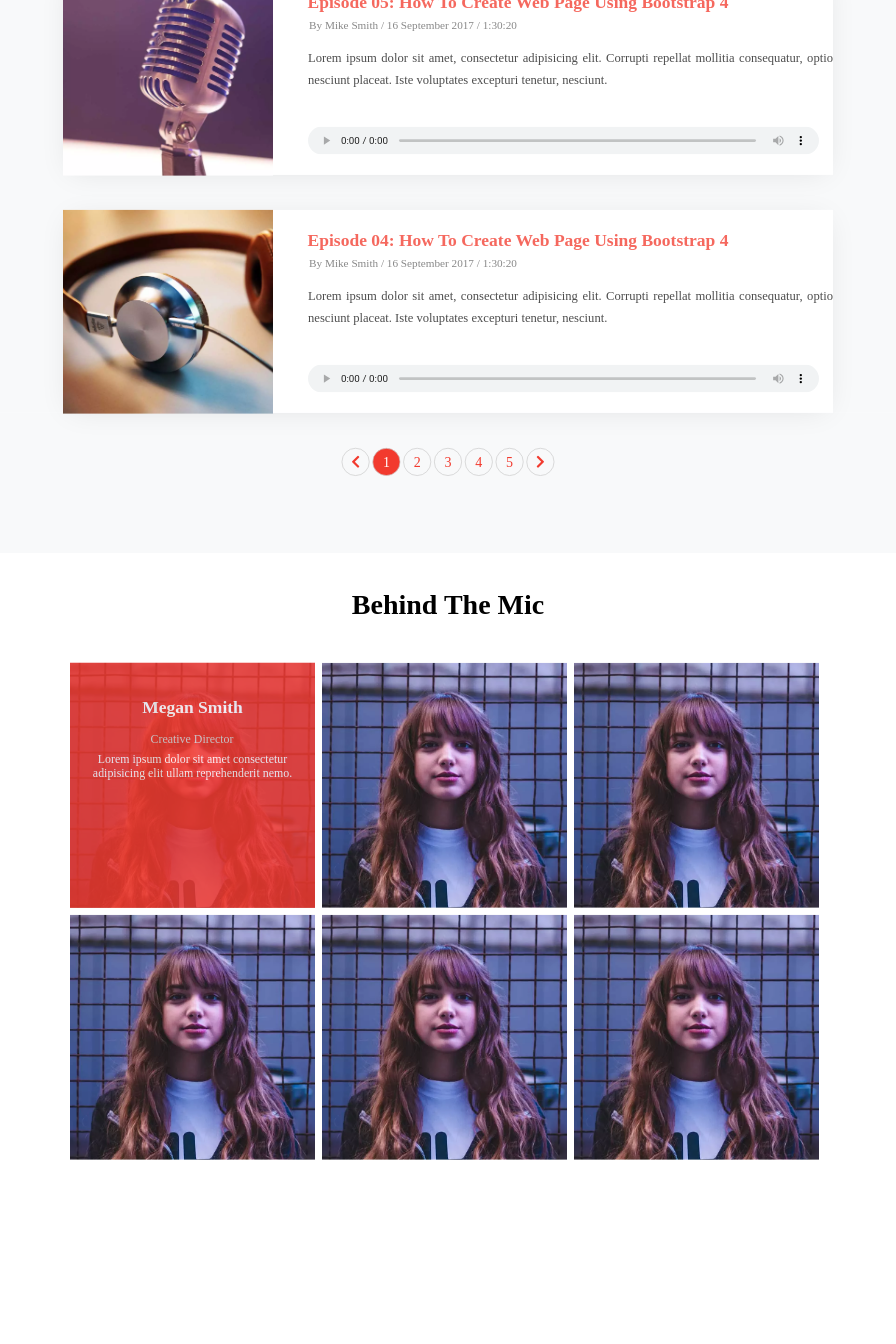
Repository: nhutduy0803/template2
Page: index.html
An editor plug-in stored every save of this project. The page is shown before and after the next save, followed by the edit.
The browser window is 1280 px wide. The pictures show the part of the page from y = 2077 to 3997 px (the page is 3997 px tall), at 70% of full size.

Above is the page before, as saved 2021-12-09 14:45:39.

### index.html
<!DOCTYPE html>
<html lang="en">
  <head>
    <meta charset="UTF-8" />
    <meta http-equiv="X-UA-Compatible" content="IE=edge" />
    <meta name="viewport" content="width=device-width, initial-scale=1.0" />
    <link rel="stylesheet" href="./assets/css/style.css" />
    <link
      rel="stylesheet"
      href="./assets/css/font/fontawesome-free-5.15.4-web/css/all.min.css"
    />
    <title>Document</title>
  </head>
  <body>
    <script src="./main.js"></script>
    <div class="slider">
      <h2>Podca</h2>
      <img
        src="./assets/css/img/xhero_bg_1.jpg.pagespeed.ic.EJCcE-mhd6.webp"
        alt=""
      />
      <h3>Episode 09: How To Create Web Page Using Bootstrap 4</h3>
      <span>By Mike Smith | 16 September 2017 | 1:30:20</span>
      <div class="subslider">READ THE TRANSCRIPT</div>
      <div class="menu" onclick="openmenu()">
        <i class="fas fa-bars"></i>
      </div>
      <div class="sub-menu">
        <i class="fas fa-times" onclick="closemenu()"></i>
        <div class="home-menu">
          <p>Home</p>
          <i onclick="subhome()" class="fas fa-caret-down"></i>

          <div class="sub-home">
            <li>Menu One</li>
            <li>Menu Two</li>
            <li>Menu Three</li>
            <li>Sub Menu</li>
          </div>
          <div class="drop-down">
            <p>DropDown</p>
            <i onclick="subdropdown() " class="fas fa-caret-down"></i>
            <div class="sub-dropdown">
              <li>Menu One</li>
              <li>Menu two</li>
              <li>Menu three</li>
            </div>
          </div>

          <p>About</p>
          <p>Contact</p>
        </div>
      </div>
    </div>
    <div class="audio">
      <audio class="audio-one" controls>
        <source src="" type="audio/ogg" />
        <source src="" type="audio/mpeg" />
      </audio>
    </div>
    <div class="RecentPodcasts">
      <h2>Recent Podcasts</h2>
      <div class="container">
        <div class="img-pod">
          <img src="./assets/css/img/pod1.webp" alt="" />
        </div>
        <div class="content-pod">
          <h3>Episode 08: How To Create Web Page Using Bootstrap 4</h3>
          <span>By Mike Smith / 16 September 2017 / 1:30:20</span>
          <p>
            Lorem ipsum dolor sit amet, consectetur adipisicing elit. Corrupti
            repellat mollitia consequatur, optio nesciunt placeat. Iste
            voluptates excepturi tenetur, nesciunt.
          </p>
          <audio class="audiopod" controls>
            <source src="" type="audio/mpeg" />
          </audio>
        </div>
      </div>
      <div class="container">
        <div class="img-pod">
          <img src="./assets/css/img/pod2.webp" alt="" />
        </div>
        <div class="content-pod">
          <h3>Episode 07: How To Create Web Page Using Bootstrap 4</h3>
          <span>By Mike Smith / 16 September 2017 / 1:30:20</span>
          <p>
            Lorem ipsum dolor sit amet, consectetur adipisicing elit. Corrupti
            repellat mollitia consequatur, optio nesciunt placeat. Iste
            voluptates excepturi tenetur, nesciunt.
          </p>
          <audio class="audiopod" controls>
            <source src="" type="audio/mpeg" />
          </audio>
        </div>
      </div>
      <div class="container">
        <div class="img-pod">
          <img src="./assets/css/img/pod3.webp" alt="" />
        </div>
        <div class="content-pod">
          <h3>Episode 06: How To Create Web Page Using Bootstrap 4</h3>
          <span>By Mike Smith / 16 September 2017 / 1:30:20</span>
          <p>
            Lorem ipsum dolor sit amet, consectetur adipisicing elit. Corrupti
            repellat mollitia consequatur, optio nesciunt placeat. Iste
            voluptates excepturi tenetur, nesciunt.
          </p>
          <audio class="audiopod" controls>
            <source src="" type="audio/mpeg" />
          </audio>
        </div>
      </div>
      <div class="container">
        <div class="img-pod">
          <img src="./assets/css/img/pod4.webp" alt="" />
        </div>
        <div class="content-pod">
          <h3>Episode 05: How To Create Web Page Using Bootstrap 4</h3>
          <span>By Mike Smith / 16 September 2017 / 1:30:20</span>
          <p>
            Lorem ipsum dolor sit amet, consectetur adipisicing elit. Corrupti
            repellat mollitia consequatur, optio nesciunt placeat. Iste
            voluptates excepturi tenetur, nesciunt.
          </p>
          <audio class="audiopod" controls>
            <source src="" type="audio/mpeg" />
          </audio>
        </div>
      </div>
      <div class="container">
        <div class="img-pod">
          <img src="./assets/css/img/pod5.webp" alt="" />
        </div>
        <div class="content-pod">
          <h3>Episode 04: How To Create Web Page Using Bootstrap 4</h3>
          <span>By Mike Smith / 16 September 2017 / 1:30:20</span>
          <p>
            Lorem ipsum dolor sit amet, consectetur adipisicing elit. Corrupti
            repellat mollitia consequatur, optio nesciunt placeat. Iste
            voluptates excepturi tenetur, nesciunt.
          </p>
          <audio class="audiopod" controls>
            <source src="" type="audio/mpeg" />
          </audio>
        </div>
      </div>
    </div>
    <div class="list-pod">
      <li><i class="fas fa-chevron-left"></i></li>
      <li>1</li>
      <li>2</li>
      <li>3</li>
      <li>4</li>
      <li>5</li>
      <li><i class="fas fa-chevron-right"></i></li>
    </div>
    <div class="BehindTheMic">
      <h2>Behind The Mic</h2>
      <div class="container-behind">
        <div class="picture-behind">
          <img src="./assets/css/img/behind1.webp" alt="" />
        </div>
        <div class="content-behind">
          <h2>Megan Smith</h2>
          <span>Creative Director</span>
          <p>
            Lorem ipsum dolor sit amet consectetur adipisicing elit ullam
            reprehenderit nemo.
          </p>
          <div class="icon-behind"></div>
        </div>

        <div class="picture-behind">
          <img src="./assets/css/img/behind1.webp" alt="" />
        </div>
        <div class="content-behind">
          <h2>Megan Smith</h2>
          <span>Creative Director</span>
          <p>
            Lorem ipsum dolor sit amet consectetur adipisicing elit ullam
            reprehenderit nemo.
          </p>
          <div class="icon-behind"></div>
        </div>
        <div class="picture-behind">
          <img src="./assets/css/img/behind1.webp" alt="" />
        </div>
        <div class="picture-behind">
          <img src="./assets/css/img/behind1.webp" alt="" />
        </div>
        <div class="picture-behind">
          <img src="./assets/css/img/behind1.webp" alt="" />
        </div>
        <div class="picture-behind">
          <img src="./assets/css/img/behind1.webp" alt="" />
        </div>
      </div>
      <!-- <div class="container-behind">
        <div class="picture-behind">
          <img src="./assets/css/img/behind1.webp" alt="" />
        </div>
      </div>
      <div class="container-behind">
        <div class="picture-behind">
          <img src="./assets/css/img/behind1.webp" alt="" />
        </div>
      </div>
      <div class="container-behind">
        <div class="picture-behind">
          <img src="./assets/css/img/behind1.webp" alt="" />
        </div>
      </div>
      <div class="container-behind">
        <div class="picture-behind">
          <img src="./assets/css/img/behind1.webp" alt="" />
        </div>
      </div>
      <div class="container-behind">
        <div class="picture-behind">
          <img src="./assets/css/img/behind1.webp" alt="" />
        </div>
      </div> -->
    </div>
  </body>
</html>

### assets/css/style.css
* {
  margin: 0;
  padding: 0;
  box-sizing: border-box;
}

.slider {
  width: 100%;
  height: 100vh;
  position: relative;
}

.slider::before {
  content: " ";
  position: absolute;
  top: 0;
  left: 0;
  right: 0;
  bottom: 0;
  background-color: rgba(0, 0, 0, 0.4);
}

.slider img {
  width: 100%;
  height: 100%;
}

.slider h2 {
  position: absolute;
  top: 50px;
  left: 50px;
  color: #fff;
  font-size: 40px;
}
.menu {
  position: absolute;
  right: 50px;
  top: 50px;
  font-size: 30px;
  color: #fff;
}

.slider h3 {
  text-align: center;
  position: absolute;
  transform: translate(-50%);
  top: 30%;
  left: 50%;
  color: #fff;
  font-size: 40px;
  line-height: 1.6;
  font-size: 50px;
}

.slider span {
  position: absolute;
  top: 58%;
  left: 50%;
  transform: translate(-50%);
  color: #ffffff80;
}

.subslider {
  width: 250px;
  background-color: #f23a2e;
  display: flex;
  justify-content: center;
  align-items: center;
  color: #fff;
  font-size: 15px;
  letter-spacing: 2px;
  height: 60px;
  position: absolute;
  top: 65%;
  left: 50%;
  transform: translate(-50%);
  transition: 0.3s;
  border-radius: 5px;
}

.subslider:hover {
  position: absolute;
  top: 64%;
  box-shadow: 0 5px 20px -7px rgba(0, 0, 0, 0.9);
  transition: 0.3s;
}

.sub-menu {
  width: 300px;
  background-color: #fff;
  position: absolute;
  right: -300px;
  top: 0;
  height: 100vh;
  position: fixed;
  transition: 0.3s;
  box-shadow: 0 0 10px rgba(0, 0, 0, 0.4);
}

.sub-menu.openmenu {
  transition: 0.3s;
  right: 0;
}

.sub-menu .fas {
  position: absolute;
  font-size: 25px;
  right: 15px;
  top: 15px;
  transition: 0.2s;
}

.sub-menu .fas:hover {
  transition: 0.2s;
  color: rgb(104, 103, 103);
}

.home-menu {
  margin-top: 100px;
  font-size: 20px;
  margin-left: 15%;
}

.home-menu p {
  margin-bottom: 30px;
  color: #212529;
  transition: 0.3s;
}

.home-menu p:nth-child(2) {
  width: 100%;
  background-color: #fff;
  height: 200px;
}

.home-menu p:hover {
  transition: 0.3s;
  color: #f00;
}

.fa-caret-down {
  margin-top: 85px;
  margin-right: 20px;
}

.drop-down {
  position: relative;
}

.drop-down .fa-caret-down {
  position: absolute;
  top: -85px;
}
.sub-home {
  margin-top: -20px;
  width: 200px;
  height: 0px;
  background-color: #fff;
  visibility: hidden;
  transition: 0.5s;
  opacity: 0;
  margin-bottom: 20px;
}

.sub-home.opensubhome {
  height: 170px;
  visibility: inherit;
  transition: 0.5s;
  opacity: 1;
}

.sub-home li {
  padding: 10px 0px;
  font-weight: 300;
  margin-left: 30px;
  font-size: 17px;
  list-style-type: none;
  /* transition: 0.3s; */
}

.sub-home li:hover {
  transition: 0.3s;
  color: #f00;
}

.sub-dropdown {
  margin-top: -20px;
  background-color: #fff;
  height: 0px;
  width: 200px;
  visibility: hidden;
  transition: 0.3s;
  opacity: 0;
  margin-bottom: 20px;
}

.sub-dropdown li {
  padding-top: 22.5px;
  margin-left: 30px;
  font-weight: 300;
  font-size: 17px;
  list-style-type: none;
  transition: 0.3s;
}

.sub-dropdown li:hover {
  transition: 0.3s;
  color: #f00;
}

.sub-dropdown.opensubdropdown {
  opacity: 1;
  visibility: inherit;
  transition: 0.3s;
  height: 150px;
}

.audio {
  display: flex;
  justify-content: center;
  align-items: center;
  width: 100%;
  background-color: #f8f9fa;
  height: 200px;
}

.audio-one {
  width: 750px;
  height: 40px;
}

.RecentPodcasts {
  background: #f8f9fa;
  height: auto;
  width: 100%;
  text-align: center;
}

.RecentPodcasts h2 {
  font-size: 40px;
  margin-bottom: 50px;
}

.container {
  width: 1100px;
  height: 290px;
  position: relative;
  margin: auto;
  box-shadow: 0 5px 40px -10px rgb(0 0 0 / 10%);
  margin-top: 50px;
}

.img-pod {
  position: absolute;
  top: 0;
  left: 0;
  height: 290px;
  width: 300px;
}

.img-pod img {
  width: 100%;
  height: 100%j;
}

.content-pod {
  padding-top: 30px;
  background: #fff;
  height: 100%;
}

.content-pod h3 {
  font-size: 25px;
  margin-left: 200px;
  color: #f23b2ec4;
  margin-bottom: 10px;
}

.content-pod span {
  margin-left: -100px;
  color: #888;
}

.content-pod p {
  line-height: 1.8;
  margin-top: 20px;
  text-align: justify;
  margin-left: 350px;
  font-size: 18px;
  color: #4d4d4d;
  font-weight: 300;
}

.audiopod {
  margin-top: 50px;
  width: 730px;
  height: 40px;
  margin-left: 330px;
}

.list-pod {
  background: #f8f9fa;
  height: 200px;
  width: 100%;
  text-align: center;
}

.list-pod li {
  padding-top: 7.5px;
  margin-top: 50px;
  list-style-type: none;
  border-radius: 50%;
  height: 40px;
  width: 40px;
  border: 1px solid #ccc;
  display: inline-block;
  color: #f23a2e;
  font-size: 20px;
}

.list-pod li:nth-child(2) {
  font-size: 20px;
  color: #fff;
  background: #f23a2e;
}

.BehindTheMic {
  width: 100%;
  height: 150vh;
  background: #fff;
  text-align: center;
}

.BehindTheMic h2 {
  margin-top: 50px;
  font-size: 40px;
  margin-bottom: 50px;
}

.container-behind {
  margin: auto;
  width: 1100px;
}

.picture-behind {
  margin-left: 10px;
  float: left;
  width: 350px;
  height: 350px;
  overflow: hidden;
  margin-top: 10px;
  position: relative;
}

.picture-behind img {
  width: 100%;
  height: 100%;
  transition: 0.3s;
  position: relative;
  z-index: 0;
}

/* .picture-behind::before {
  position: absolute;
  z-index: 2;
  opacity: 0.6;
  content: " ";
  background-color: #f23a2e;
  height: 350px;
  width: 350px;
} */

.content-behind {
  margin-top: 10px;
  margin-left: 10px;
  width: 350px;
  height: 350px;
  position: absolute;
  background-color: #f23a2e;
  opacity: 0.6;
  padding: 0 20px;
}

.content-behind h2 {
  color: #fff;
  font-size: 25px;
}
.content-behind span {
  position: absolute;
  top: 100px;
  left: 115px;
  color: #ddd;
  font-size: 17px;
}

.content-behind p {
  color: #fff;
  text-align: center;
  font-size: 17px;
}

### main.js
function openmenu() {
  var openmenu = document.querySelector(".sub-menu");
  openmenu.classList.add("openmenu");
}

function closemenu() {
  var openmenu = document.querySelector(".sub-menu");
  openmenu.classList.remove("openmenu");
}

function subhome() {
  var opensubhome = document.querySelector(".sub-home");
  opensubhome.classList.toggle("opensubhome");
}

function subdropdown() {
  var subdropdown = document.querySelector(".sub-dropdown");
  subdropdown.classList.toggle("opensubdropdown");
}

Loaded but not shown: assets/css/font/fontawesome-free-5.15.4-web/css/all.min.css (library)

After the next save:
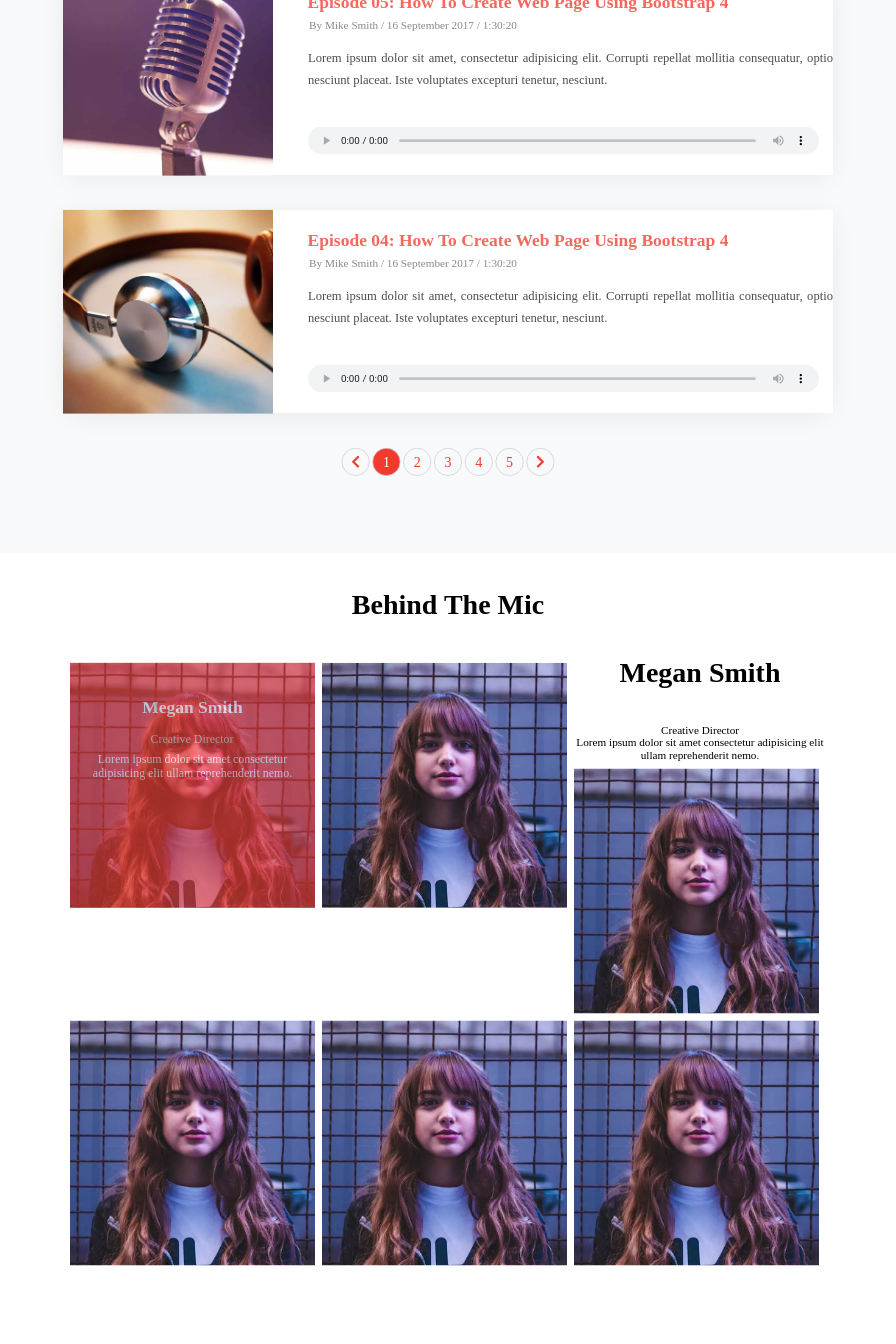
Saved 8 s later.
--- a/index.html
+++ b/index.html
@@ -174,7 +174,7 @@
         <div class="picture-behind">
           <img src="./assets/css/img/behind1.webp" alt="" />
         </div>
-        <div class="content-behind">
+        <div class="content-behind2">
           <h2>Megan Smith</h2>
           <span>Creative Director</span>
           <p>
